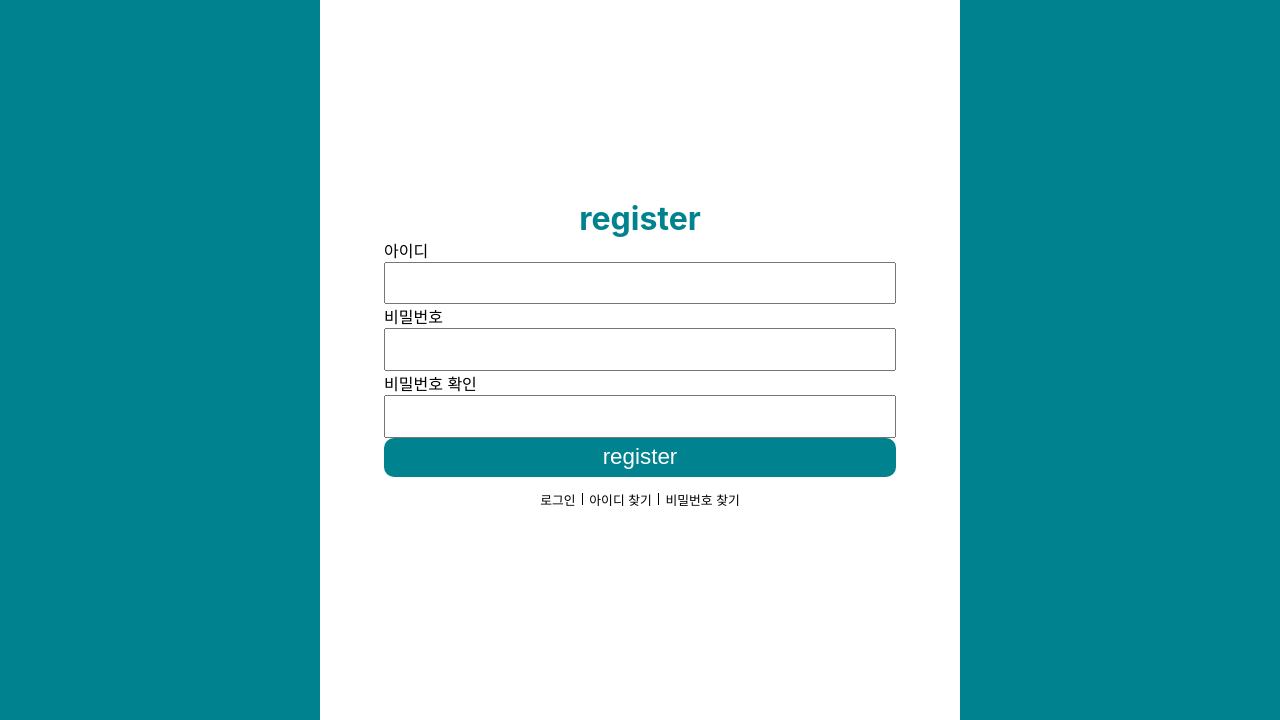
Repository: SeungYn/ticktickup-client
Page: /register
An editor plug-in stored every save of this project. The page is shown before and after the next save, followed by the edit.
The browser window is 1280 px wide. The pictures show the whole page.
The project was rebuilt for these pictures with package versions that can differ from the ones it lists, and the page was loaded fresh each time. Also part of the build but not shown: src/App.tsx, src/pages/Main.tsx, src/pages/TimeDetail.tsx, src/pages/MyInfo.tsx, src/components/common/ConfirmModal.tsx, src/containers/auth/LoginFormContainer.tsx, src/pages/LoginPage.tsx.

Above is the page before, as saved 2023-01-04 01:08:48.

### src/index.tsx
import React from 'react';
import ReactDOM from 'react-dom/client';
import { createBrowserRouter, RouterProvider } from 'react-router-dom';

import './index.css';
import App from './App';
import Main from './pages/Main';
import TimeDetail from './pages/TimeDetail';
import MyInfo from './pages/MyInfo';
import LoginContainer from './pages/LoginPage';
import RegisterPage from './pages/RegisterPage';
import { Provider } from 'react-redux';
import { store } from './modules';
import { ThemeProvider } from 'styled-components';

const root = ReactDOM.createRoot(
  document.getElementById('root') as HTMLElement
);

const router = createBrowserRouter([
  {
    path: '/',
    element: <App />,
    children: [
      { index: true, element: <Main /> },
      {
        path: 'TimeDetail',
        element: <TimeDetail />,
      },
      {
        path: 'Myinfo',
        element: <MyInfo />,
      },
    ],
  },
  {
    path: 'Login',
    element: <LoginContainer />,
  },
  {
    path: 'register',
    element: <RegisterPage />,
  },
]);

root.render(
  <Provider store={store}>
    <ThemeProvider theme={{ color: '#00838f' }}>
      <RouterProvider router={router}></RouterProvider>
    </ThemeProvider>
  </Provider>
);

### src/index.css
* {
  box-sizing: border-box;
}

html {
  height: 100%;
  width: 100%;
}

body {
  margin: 0;
  font-family: -apple-system, BlinkMacSystemFont, 'Segoe UI', 'Roboto', 'Oxygen',
    'Ubuntu', 'Cantarell', 'Fira Sans', 'Droid Sans', 'Helvetica Neue',
    sans-serif;
  -webkit-font-smoothing: antialiased;
  -moz-osx-font-smoothing: grayscale;
  height: 100%;
  width: 100%;
}

code {
  font-family: source-code-pro, Menlo, Monaco, Consolas, 'Courier New',
    monospace;
}

#root {
  height: 100%;
  width: 100%;
  background-color: #00838f;
  display: flex;
  justify-content: center;
}

input {
  outline: none;
}

h1,
h2 {
  margin: 0;
}

button {
  outline: none;
  background: none;
  border: none;
  cursor: pointer;
  padding: 0;
}

a {
  text-decoration: none;
  color: black;
}

a:visited {
  color: black;
}

### src/pages/RegisterPage.tsx
import React from 'react';
import RegisterFormContainer from '../containers/auth/RegisterFormContainer';

export default function RegisterPage() {
  const onSubmit = (e: React.FormEvent<HTMLFormElement>) => {
    e.preventDefault();
    console.log('submit');
  };
  return <RegisterFormContainer />;
}

### src/modules/index.ts
import { configureStore } from '@reduxjs/toolkit';
import authReducer from './auth';
import loadingReducer from './Loading';
import modalReducer from './modal';

export const store = configureStore({
  reducer: { auth: authReducer, loading: loadingReducer, modal: modalReducer },
});
export type RootState = ReturnType<typeof store.getState>;
export type AppDispatch = typeof store.dispatch;

### src/containers/auth/RegisterFormContainer.tsx
import { title } from 'process';
import React, { useEffect } from 'react';
import { useDispatch, useSelector } from 'react-redux';
import { useNavigate } from 'react-router-dom';
import AuthForm from '../../components/auth/AuthForm';
import { AppDispatch, RootState } from '../../modules';
import { authRegister, changeField, initialForm } from '../../modules/auth';
import { closeModal, openModal } from '../../modules/modal';

export default function RegisterFormContainer() {
  const navigate = useNavigate();
  const { register, authError, auth } = useSelector(
    (state: RootState) => state.auth
  );
  const { loading, modal } = useSelector((state: RootState) => state);
  const dispatch = useDispatch<AppDispatch>();
  const onSubmit = async (e: React.FormEvent<HTMLFormElement>) => {
    e.preventDefault();
    console.log('submit');

    const test = await dispatch(
      authRegister({ username: register.username, password: register.password })
    );
    console.log(test);
  };

  const onChange = (e: React.ChangeEvent<HTMLInputElement>) => {
    const { name, value } = e.target;
    dispatch(changeField({ form: 'register', name, value }));
  };

  const successRegister = () => {
    dispatch(closeModal());
    dispatch(initialForm());
    navigate('/login');
  };

  useEffect(() => {
    if (auth) {
      dispatch(openModal());
    }
  }, [auth]);

  return (
    <AuthForm
      type={'register'}
      form={register}
      onChange={onChange}
      onSubmit={onSubmit}
      loading={loading.loading}
      passwordMatch={register.passwordMatch}
      authError={authError}
      modalState={modal.state}
      modal={{
        title: '알림',
        content: '회원가입이 성공적으로 되었습니다.',
        callback: successRegister,
      }}
    />
  );
}

### src/modules/auth.ts
import { AxiosResponse } from 'axios';
import { createAsyncThunk, createSlice, PayloadAction } from '@reduxjs/toolkit';
import { AppDispatch } from '.';
import AuthService from '../service/authService';
import { finishLoading, startLoading } from './Loading';

const authService = AuthService.getHttpInstance();

export interface AuthSuccessResponse {
  username: string;
  token: string;
}

export interface AuthFailResponse {
  error: string;
}

export type Register = {
  username: string;
  password: string;
  passwordConfirm: string;
  passwordMatch: boolean;
  [key: string]: string | boolean;
};

export type Login = {
  username: string;
  password: string;
  [key: string]: string;
};

export const authRegister = createAsyncThunk<
  { token: string; username: string },
  { username: string; password: string },
  {
    rejectValue: AuthFailResponse;
    dispatch: AppDispatch;
  }
>('auth/REGISTER', async (form, thunkAPI) => {
  console.log('async');
  console.log(thunkAPI);
  thunkAPI.dispatch(startLoading());
  try {
    const res = (await authService.signup(
      form.username,
      form.password
    )) as AxiosResponse;

    return res.data;
  } catch (e) {
    //todo 에러메세지 가져오기

    return thunkAPI.rejectWithValue({ error: String(e) });
  } finally {
    thunkAPI.dispatch(finishLoading());
  }
});

export const authLogin = createAsyncThunk(
  'auth/LOGIN',
  async (form: Login, thunkAPI) => {
    thunkAPI.dispatch(startLoading());
    try {
      return { payload: { token: '123', username: '123' } };
    } catch (e) {
      return thunkAPI.rejectWithValue({ error: '123' });
    } finally {
      thunkAPI.dispatch(finishLoading());
    }
  }
);

interface InitialAuthFormState {
  register: Register;
  login: Login;
  authError: string | null | undefined;
  authDuplicateError: string | null;
  auth: null | { [key: string]: string };
}

const initialAuthFormState: InitialAuthFormState = {
  register: {
    username: '',
    password: '',
    passwordConfirm: '',
    passwordMatch: true,
  },

  login: {
    username: '',
    password: '',
  },
  authError: null,
  authDuplicateError: null,
  auth: null,
};

const authSlice = createSlice({
  name: 'authForm',
  initialState: initialAuthFormState,
  reducers: {
    changeField: (
      state,
      {
        payload,
      }: PayloadAction<{
        form: 'login' | 'register';
        value: string;
        name: string;
      }>
    ) => {
      const { form, name, value } = payload;

      state[form][name] = value;
      if (form === 'register') {
        if (state[form].password !== state[form].passwordConfirm)
          state[form].passwordMatch = false;
        else state[form].passwordMatch = true;
      }
    },
    initialForm: (state) => {
      state = initialAuthFormState;
    },
  },
  extraReducers: (builder) => {
    builder
      .addCase(authRegister.pending, (state, action) => {
        state.authError = null;
        console.log('pending auth');
      })
      .addCase(authRegister.fulfilled, (state, action) => {
        state.auth = action.payload;

        console.log('fulfilled auth');
      })
      .addCase(authRegister.rejected, (state, action) => {
        state.authError = action.payload?.error;
      })
      .addCase(authLogin.pending, (state, action) => {
        console.log('pending');
      })
      .addCase(authLogin.fulfilled, (state, action) => {
        console.log('fulfilled');
      })
      .addCase(authLogin.rejected, (state, action) => {
        console.log('rejected');
      });
  },
});

export const { changeField, initialForm } = authSlice.actions;

export default authSlice.reducer;

### src/modules/Loading.ts
import { createSlice } from '@reduxjs/toolkit';

const loadingSlice = createSlice({
  name: 'loading',
  initialState: { loading: false },
  reducers: {
    startLoading: (state) => {
      console.log('startLoading');
      state.loading = true;
    },
    finishLoading: (state) => {
      state.loading = false;
    },
  },
});

export const { startLoading, finishLoading } = loadingSlice.actions;
export default loadingSlice.reducer;

### src/modules/modal.ts
import { createSlice } from '@reduxjs/toolkit';

const modalSlice = createSlice({
  name: 'modal',
  initialState: { state: false },
  reducers: {
    openModal: (state) => {
      state.state = true;
    },
    closeModal: (state) => {
      state.state = false;
    },
  },
});

export const { openModal, closeModal } = modalSlice.actions;
export default modalSlice.reducer;

### src/components/auth/AuthForm.tsx
import styles from './authForm.modue.scss';
import classNames from 'classnames';
import AuthBtn from '../common/AuthBtn';
import { Link } from 'react-router-dom';
import { Login, Register } from '../../modules/auth';
import { AppDispatch } from '../../modules';
import React from 'react';
import { css } from 'styled-components';
import ConfirmModal, { ModalType } from '../common/ConfirmModal';
const cx = classNames.bind(styles);
interface AuthFormType {
  type: string;
  form: Login | Register;
  loading?: boolean;
  passwordMatch?: boolean;
  onSubmit: (e: React.FormEvent<HTMLFormElement>) => void;
  onChange: (e: React.ChangeEvent<HTMLInputElement>) => void;
  authError?: null | string;
  modalState?: boolean;
  modal?: {
    title: string;
    content: string;
    callback: () => void;
  };
}

export default function AuthForm({
  type,
  form,
  onChange,
  onSubmit,
  loading,
  passwordMatch,
  authError,
  modalState,
  modal,
}: AuthFormType) {
  console.log(passwordMatch);
  return (
    <>
      {modalState && <ConfirmModal modal={modal as ModalType}></ConfirmModal>}
      <form className={cx('form')} onSubmit={onSubmit}>
        <h1>{type}</h1>
        <label htmlFor='username'>
          아이디
          <input
            type='text'
            name='username'
            onChange={onChange}
            value={form.username}
            required
          />
        </label>

        <label htmlFor='password'>
          비밀번호
          <input
            type='password'
            name='password'
            onChange={onChange}
            value={form.password}
            required
          />
        </label>

        {type === 'register' && (
          <label htmlFor='password' id='label-last'>
            <div>
              <span>비밀번호 확인</span>{' '}
              {!passwordMatch && (
                <span className={cx({ passwordNotMatch: !passwordMatch })}>
                  비밀번호를 확인해 주세요
                </span>
              )}
            </div>
            <input
              type='password'
              name='passwordConfirm'
              value={form.passwordConfirm}
              onChange={onChange}
              required
            />
          </label>
        )}
        {authError && <span style={{ color: 'red' }}>{authError}</span>}
        <AuthBtn title={type} />

        <div className={cx('footer')}>
          {type === 'login' ? (
            <Link to='/register' className={cx('footerBtn')}>
              회원가입
            </Link>
          ) : (
            <Link to='/login' className={cx('footerBtn')}>
              로그인
            </Link>
          )}
          <span className={cx('gap')}></span>
          <button className={cx('footerBtn')}>아이디 찾기</button>
          <span className={cx('gap')}></span>
          <button className={cx('footerBtn')}>비밀번호 찾기</button>
        </div>
      </form>
    </>
  );
}

### src/service/authService.ts
import { AxiosPromise, AxiosResponse } from 'axios';
import Http, { HttpInterface } from '../network/http';
export default class AuthService {
  private static instance: AuthService;

  private constructor(private http: HttpInterface) {}

  async signup(username: string, password: string) {
    const data = await this.http.fetch('/auth/signup', {
      method: 'POST',
      data: JSON.stringify({ username, password }),
    });
    console.log('data', data);
    return data;
  }

  public static getHttpInstance() {
    if (!AuthService.instance) {
      AuthService.instance = new AuthService(Http.getHttpInstance());
    }
    return AuthService.instance;
  }
}

### src/components/auth/authForm.modue.scss
@import '../../styles/utils.scss';

.form {
  width: 50%;
  min-width: 500px;
  height: 100%;
  display: flex;
  flex-direction: column;
  justify-content: center;
  align-items: center;
  background-color: $backgroundColor;
  padding: 0 4rem;

  & > *:not(label) {
    margin-bottom: 0.8rem;
  }

  & > h1 {
    margin: 0;
    color: $main-color;
  }

  & input {
    font-size: 1.4rem;
    padding: 0.4rem 0;
  }

  & label {
    width: 100%;
    display: flex;
    flex-direction: column;
  }
}

.footer {
  display: flex;
  align-items: center;
}

.gap {
  display: inline-block;
  height: 0.8rem;
  border-left: 1px solid black;
}

.footerBtn {
  font-size: 0.8rem;
  padding: 0 0.4rem;
}

.passwordNotMatch {
  color: red;
}

@media (max-width: 800px) {
  .form {
  }
}

### src/components/common/AuthBtn.tsx
import styled from 'styled-components';

interface AuthBtnType {
  title: string;
}

const StyledInput = styled.button`
  width: 100%;

  font-size: 1.4rem;
  border: none;
  background: #00838f;
  border-radius: 10px;
  padding: 0.4rem 0;
  color: white;
  &:hover {
    cursor: pointer;
  }
`;

export default function AuthBtn({ title }: AuthBtnType) {
  return <StyledInput>{title}</StyledInput>;
}

### src/network/http.ts
import axios, {
  AxiosError,
  AxiosInstance,
  AxiosInterceptorOptions,
  AxiosRequestConfig,
  AxiosResponse,
} from 'axios';

export interface HttpInterface {
  fetch: (
    url: string,
    options: AxiosRequestConfig
  ) => Promise<AxiosResponse | AxiosError>;
}

export default class Http implements HttpInterface {
  private static instance: Http;
  private readonly client: AxiosInstance;
  private constructor(baseURL: string) {
    this.client = axios.create({
      baseURL: baseURL,
      withCredentials: true,
    });
  }

  async fetch(
    url: string,
    options: AxiosRequestConfig
  ): Promise<AxiosResponse> {
    this.client.defaults.headers.post['Content-Type'] = 'application/json';
    const { data, method, headers } = options;
    const request = {
      url,
      method,
      headers: {
        ...headers,
      },
      data,
    };
    let res: AxiosResponse;

    try {
      res = await this.client(request);
      return res;
    } catch (e) {
      if (axios.isAxiosError(e)) {
        const message = e.response?.data?.message;
        if (message) {
          throw new Error(message);
        }
      }
      throw new Error('Connect Error');
    }
  }
  public static getHttpInstance() {
    if (!Http.instance) {
      Http.instance = new Http(process.env.REACT_APP_BASE_URL as string);
    }
    return Http.instance;
  }
}

const a: HttpInterface = Http.getHttpInstance();

### src/styles/utils.scss
@import '~include-media/dist/include-media';

$red: #fa5252;
$orange: #fd7e14;
$yellow: #fcc419;
$green: #40c057;
$blue: #339af0;
$indigo: #5c7cfa;
$violet: #7950f2;
$backgroundColor: white;
$main-color: #00838f;
$font-size-medium: 1.2rem;
@mixin square($size) {
  $calculated: 32px * $size;
  width: $calculated;
  height: $calculated;
}

Loaded but not shown: public/index.html (common file)

After the next save:
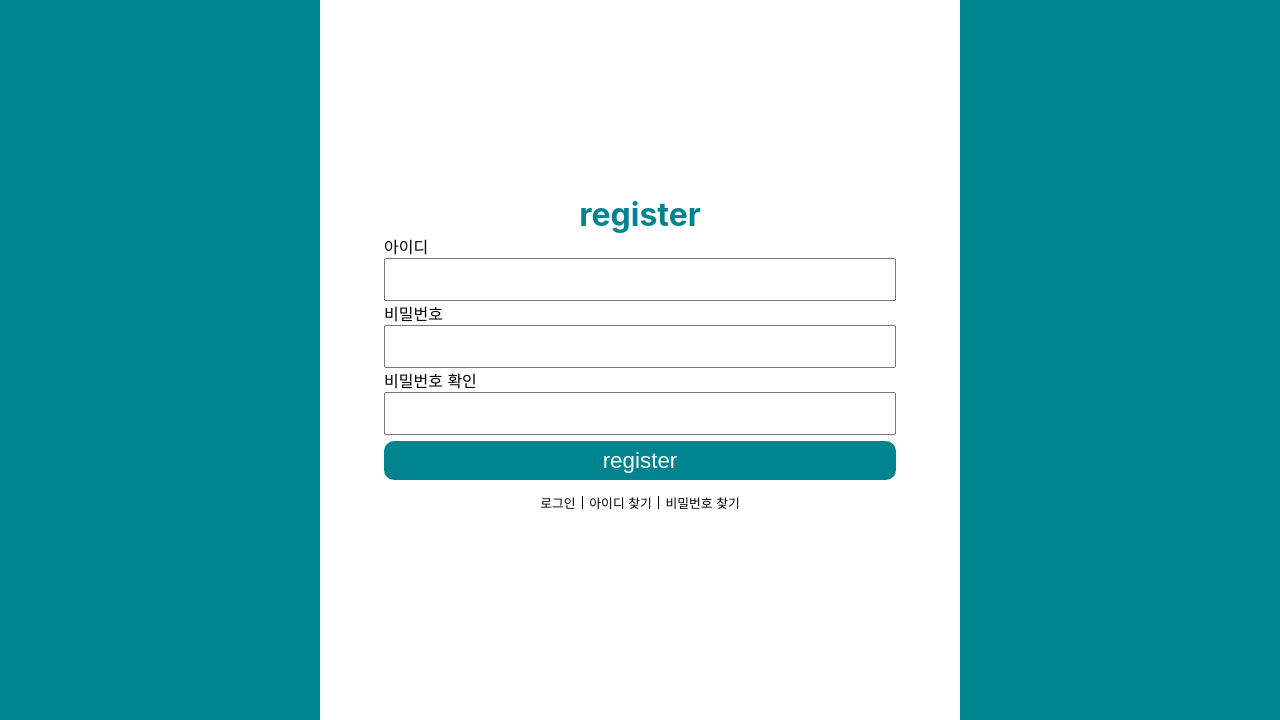
Saved 15 s later.
--- a/src/components/common/AuthBtn.tsx
+++ b/src/components/common/AuthBtn.tsx
@@ -13,6 +13,7 @@ const StyledInput = styled.button`
   border-radius: 10px;
   padding: 0.4rem 0;
   color: white;
+  margin-top: 0.4rem;
   &:hover {
     cursor: pointer;
   }
